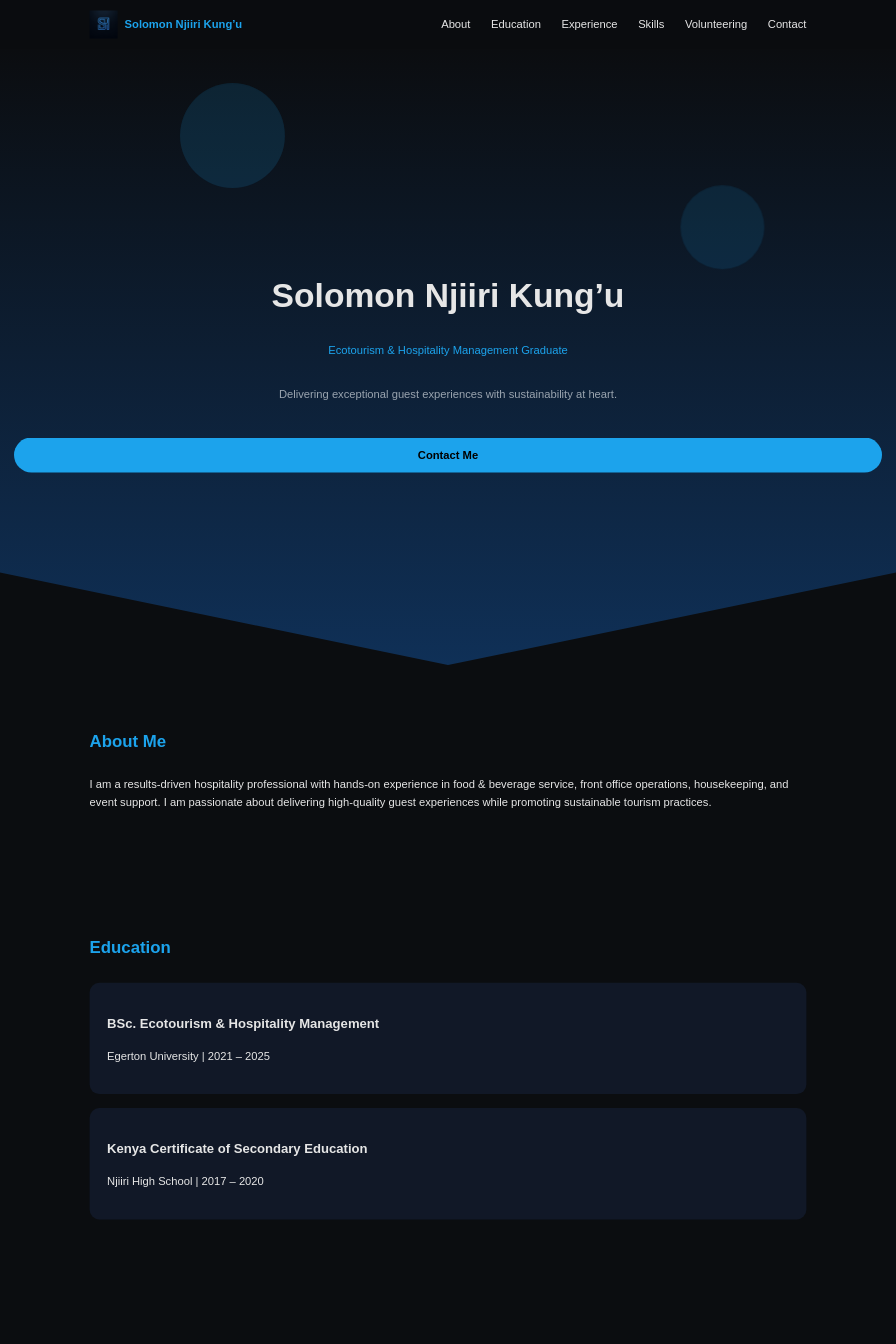
Repository: ladygit-comits/Solomon_Portfolio
Page: index.html
The author's editor kept a copy of each file at every save. The page is drawn from the files as they stood at one save, then again after the next save.
The browser window is 1280 px wide. The pictures show the part of the page from y = 0 to 1920 px (the page is 4438 px tall), at 70% of full size.

Above is the page before, as saved 2025-12-31 13:39:38.

### index.html
<!DOCTYPE html>
<html lang="en">
<head>
  <meta charset="UTF-8">
  <title>Solomon Njiiri Kung’u | Hospitality Management</title>
  <link rel="icon" href="images/solomon-favicon.png" type="image/png">
  <link rel="apple-touch-icon" sizes="180x180" href="images/solomon-favicon.png">
  <link rel="stylesheet" href="style.css">
</head>
<body>
<!-- NAVBAR -->
<header class="navbar">
  <div class="logo">
    <img src="images/solomon-favicon.png" alt="Solomon Logo" class="logo-img">
    Solomon Njiiri Kung’u
  </div>
  <nav>
    <a href="#about">About</a>
    <a href="#education">Education</a>
    <a href="#experience">Experience</a>
    <a href="#skills">Skills</a>
    <a href="#volunteering">Volunteering</a>
    <a href="#contact">Contact</a>
  </nav>
</header>

  <!-- HERO -->
  <section class="hero">
    <h1>Solomon Njiiri Kung’u</h1>
    <p class="subtitle">Ecotourism & Hospitality Management Graduate</p>
    <p class="tagline">
      Delivering exceptional guest experiences with sustainability at heart.
    </p>
    <a href="#contact" class="btn">Contact Me</a>
  </section>

  <!-- ABOUT -->
  <section id="about" class="section">
    <h2>About Me</h2>
    <p>
      I am a results-driven hospitality professional with hands-on experience in
      food & beverage service, front office operations, housekeeping, and event support.
      I am passionate about delivering high-quality guest experiences while promoting
      sustainable tourism practices.
    </p>
  </section>

  <!-- EDUCATION -->
  <section id="education" class="section">
    <h2>Education</h2>
    <div class="card">
      <h3>BSc. Ecotourism & Hospitality Management</h3>
      <p>Egerton University | 2021 – 2025</p>
    </div>
    <div class="card">
      <h3>Kenya Certificate of Secondary Education</h3>
      <p>Njiiri High School | 2017 – 2020</p>
    </div>
  </section>

  <!-- EXPERIENCE -->
  <section id="experience" class="section">
    <h2>Work Experience</h2>

    <div class="card highlight">
      <h3>Waiter – Radisson Blu Hotel</h3>
      <p>August 2025</p>
      <ul>
        <li>Delivered high-quality customer service in a fast-paced luxury hotel.</li>
        <li>Supported international events hosted by the World Bank, IMF, and University of Antwerp.</li>
        <li>Provided professional service to international delegates.</li>
      </ul>
    </div>

    <div class="card">
      <h3>Waiter – Shuhan Hotel, Thika</h3>
      <p>February 2025</p>
      <ul>
        <li>Provided excellent customer service.</li>
        <li>Assisted in housekeeping and hygiene maintenance.</li>
      </ul>
    </div>

    <div class="card">
      <h3>Intern – Hotel Operations</h3>
      <p>May 2024 – August 2024</p>
      <ul>
        <li>Housekeeping & guestroom standards.</li>
        <li>Front office check-ins and reservations.</li>
        <li>Kitchen stewarding and hygiene.</li>
        <li>Food & beverage service.</li>
      </ul>
    </div>
  </section>

  <!-- SKILLS -->
 <section id="skills" class="section">
  <h2>Key Skills</h2>
  <div class="skills">
    <div class="skill">
      <span>Customer Service</span>
      <div class="skill-bar"><div class="skill-fill" style="width: 90%;"></div></div>
    </div>
    <div class="skill">
      <span>Food & Beverage Service</span>
      <div class="skill-bar"><div class="skill-fill" style="width: 85%;"></div></div>
    </div>
    <div class="skill">
      <span>Front Office Operations</span>
      <div class="skill-bar"><div class="skill-fill" style="width: 80%;"></div></div>
    </div>
    <div class="skill">
      <span>Housekeeping Standards</span>
      <div class="skill-bar"><div class="skill-fill" style="width: 85%;"></div></div>
    </div>
    <div class="skill">
      <span>Event Support</span>
      <div class="skill-bar"><div class="skill-fill" style="width: 80%;"></div></div>
    </div>
    <div class="skill">
      <span>Sustainable Tourism</span>
      <div class="skill-bar"><div class="skill-fill" style="width: 75%;"></div></div>
    </div>
  </div>
</section>


  <!-- VOLUNTEERING -->
  <section id="volunteering" class="section">
    <h2>Volunteering</h2>
    <div class="card">
      <h3>Volunteer – KSPCA (Dogtober Festival)</h3>
      <p>October 2024</p>
      <ul>
        <li>Welcomed guests and provided event guidance.</li>
        <li>Assisted with pet handling and guest engagement.</li>
      </ul>
    </div>
  </section>

  <!-- CONTACT -->
  <section class="section contact" id="contact">
    <h2>Contact</h2>
    <p>Email: <a href="mailto:kungunjiiri@gmail.com">kungunjiiri@gmail.com</a></p>
    <p>Phone: 0112619291</p>
  </section>
<script src="script.js"></script>
<button id="scrollTopBtn" title="Go to top">
  <svg xmlns="http://www.w3.org/2000/svg" viewBox="0 0 24 24" width="24" height="24" fill="none" stroke="#000" stroke-width="2" stroke-linecap="round" stroke-linejoin="round">
    <line x1="12" y1="19" x2="12" y2="5"/>
    <polyline points="5 12 12 5 19 12"/>
  </svg>
</button>


</body>
</html>

### style.css
:root {
  --black: #0B0D10;
  --dark-blue: #0F3057;
  --accent-blue: #1CA3EC;
  --text-light: #E6E6E6;
  --muted-gray: #9AA4AF;
}

body {
  margin: 0;
  font-family: "Poppins", sans-serif;
  background: var(--black);
  color: var(--text-light);
  line-height: 1.6;
}

.hero {
  min-height: 100vh;
  padding: 80px 20px;
  text-align: center;
  background: linear-gradient(180deg, #0B0D10, #0F3057);
  position: relative;
  color: var(--text-light);
  display: flex;
  flex-direction: column;
  justify-content: center;
  clip-path: polygon(0 0, 100% 0, 100% 85%, 50% 100%, 0 85%);
}


.hero h1 {
  font-size: 3rem;
  margin-bottom: 10px;
}

.subtitle {
  color: var(--accent-blue);
  font-weight: 500;
}

.tagline {
  max-width: 600px;
  margin: 20px auto;
  color: var(--muted-gray);
}

.btn {
  display: inline-block;
  margin-top: 30px;
  padding: 12px 28px;
  background: var(--accent-blue);
  color: #000;
  text-decoration: none;
  border-radius: 30px;
  font-weight: 600;
}

.section {
  padding: 70px 10%;
}

.section h2 {
  color: var(--accent-blue);
  margin-bottom: 30px;
}

.card {
  background: #111827;
  padding: 25px;
  border-radius: 14px;
  margin-bottom: 20px;
  transition: transform 0.3s ease, box-shadow 0.3s ease;
}

.card.highlight {
  border: 1px solid var(--accent-blue);
}

.skills span {
  display: inline-block;
  background: #1f2933;
  padding: 10px 16px;
  margin: 8px;
  border-radius: 20px;
  font-size: 0.9rem;
}

.contact a {
  color: var(--accent-blue);
  text-decoration: none;
}

.hero h1, .subtitle, .tagline, .btn {
  transform: translateY(20px);
  opacity: 0;
}

.btn:hover {
  box-shadow: 0 0 20px var(--accent-blue), 0 0 40px var(--accent-blue);
  transform: translateY(-3px);
}

.navbar {
  position: sticky;
  top: 0;
  display: flex;
  justify-content: space-between;
  align-items: center;
  padding: 15px 10%;
  background: rgba(11,13,16,0.95);
  z-index: 1000;
}

.navbar .logo {
  font-weight: 700;
  color: var(--accent-blue);
}

.navbar nav a {
  color: var(--text-light);
  margin-left: 25px;
  text-decoration: none;
  font-weight: 500;
  transition: color 0.3s;
}

.navbar nav a:hover {
  color: var(--accent-blue);
}
#scrollTopBtn {
  position: fixed;
  bottom: 30px;
  right: 30px;
  width: 50px;
  height: 50px;
  border: none;
  border-radius: 50%;
  background-color: var(--accent-blue);
  cursor: pointer;
  display: none;
  align-items: center;
  justify-content: center;
  z-index: 1000;
  box-shadow: 0 4px 12px rgba(28,163,236,0.4);
  transition: transform 0.3s, opacity 0.3s;
  padding: 0;
}

#scrollTopBtn svg {
  width: 24px;
  height: 24px;
  stroke: #000;
}

#scrollTopBtn:hover {
  transform: translateY(-3px);
  opacity: 0.8;
}

.typewriter {
  overflow: hidden;
  border-right: 2px solid var(--accent-blue);
  white-space: nowrap;
  margin: 0 auto;
  letter-spacing: 2px;
  animation: typing 4s steps(60, end), blink 0.7s infinite;
}

@keyframes typing {
  from { width: 0; }
  to { width: 100%; }
}

@keyframes blink {
  50% { border-color: transparent; }
}

.hero::before {
  content: '';
  position: absolute;
  width: 150px;
  height: 150px;
  background: var(--accent-blue);
  border-radius: 50%;
  top: 50px;
  left: 20%;
  opacity: 0.15;
  animation: float 6s ease-in-out infinite alternate;
}

.hero::after {
  content: '';
  position: absolute;
  width: 120px;
  height: 120px;
  background: var(--accent-blue);
  border-radius: 50%;
  top: 200px;
  right: 15%;
  opacity: 0.12;
  animation: float 8s ease-in-out infinite alternate-reverse;
}

@keyframes float {
  0% { transform: translateY(0) translateX(0); }
  50% { transform: translateY(-20px) translateX(15px); }
  100% { transform: translateY(0) translateX(0); }
}
.skills .skill {
  margin-bottom: 15px;
}

.skill-bar {
  background: #1f2933;
  border-radius: 20px;
  overflow: hidden;
  height: 12px;
  margin-top: 5px;
}

.skill-fill {
  background: var(--accent-blue);
  height: 100%;
  width: 0;
  border-radius: 20px;
  transition: width 2s ease-in-out;
}

/* shimmer CTA button */
.btn {
  position: relative;
  overflow: hidden;
}

.btn::after {
  content: '';
  position: absolute;
  top: 0;
  left: -75%;
  width: 50%;
  height: 100%;
  background: linear-gradient(120deg, rgba(255,255,255,0.2), rgba(255,255,255,0.5), rgba(255,255,255,0.2));
  transform: skewX(-25deg);
  transition: all 0.7s;
}

.btn:hover::after {
  left: 125%;
}
.navbar .logo {
  display: flex;
  align-items: center;
  font-weight: 700;
  color: var(--accent-blue);
}

.navbar .logo-img {
  width: 40px;
  height: 40px;
  margin-right: 10px;
}

### script.js
document.addEventListener('DOMContentLoaded', function() {
  const heroElements = document.querySelectorAll('.hero h1, .subtitle, .tagline, .btn');
  heroElements.forEach((el, i) => {
    el.style.opacity = 0;
    setTimeout(() => {
      el.style.transition = 'opacity 1s ease-out, transform 1s ease-out';
      el.style.opacity = 1;
      el.style.transform = 'translateY(0)';
    }, i * 300);
  });

  const cards = document.querySelectorAll('.card');
  cards.forEach(card => {
    card.addEventListener('mouseenter', () => {
      card.style.transform = 'translateY(-10px)';
      card.style.boxShadow = '0 15px 30px rgba(28,163,236,0.3)';
    });
    card.addEventListener('mouseleave', () => {
      card.style.transform = 'translateY(0)';
      card.style.boxShadow = 'none';
    });
  });

  const links = document.querySelectorAll('a[href^="#"]');
  links.forEach(link => {
    link.addEventListener('click', function(e) {
      e.preventDefault();
      document.querySelector(this.getAttribute('href')).scrollIntoView({behavior: 'smooth'});
    });
  });

  const scrollBtn = document.getElementById('scrollTopBtn');
  window.onscroll = function() {
    if (document.body.scrollTop > 300 || document.documentElement.scrollTop > 300) {
      scrollBtn.style.display = "block";
    } else {
      scrollBtn.style.display = "none";
    }
  };
  scrollBtn.addEventListener('click', function() {
    window.scrollTo({top: 0, behavior: 'smooth'});
  });

  const tagline = document.querySelector('.tagline');
  const text = tagline.textContent;
  tagline.textContent = '';
  let i = 0;
  function typeWriter() {
    if (i < text.length) {
      tagline.textContent += text.charAt(i);
      i++;
      setTimeout(typeWriter, 50);
    }
  }
  typeWriter();
});
const skillFills = document.querySelectorAll('.skill-fill');

function animateSkills() {
  const triggerBottom = window.innerHeight - 100;
  skillFills.forEach(skill => {
    const skillTop = skill.getBoundingClientRect().top;
    if(skillTop < triggerBottom) {
      skill.style.width = skill.getAttribute('style').replace('width: ', '');
    }
  });
}

window.addEventListener('scroll', animateSkills);
window.addEventListener('load', animateSkills);

After the next save:
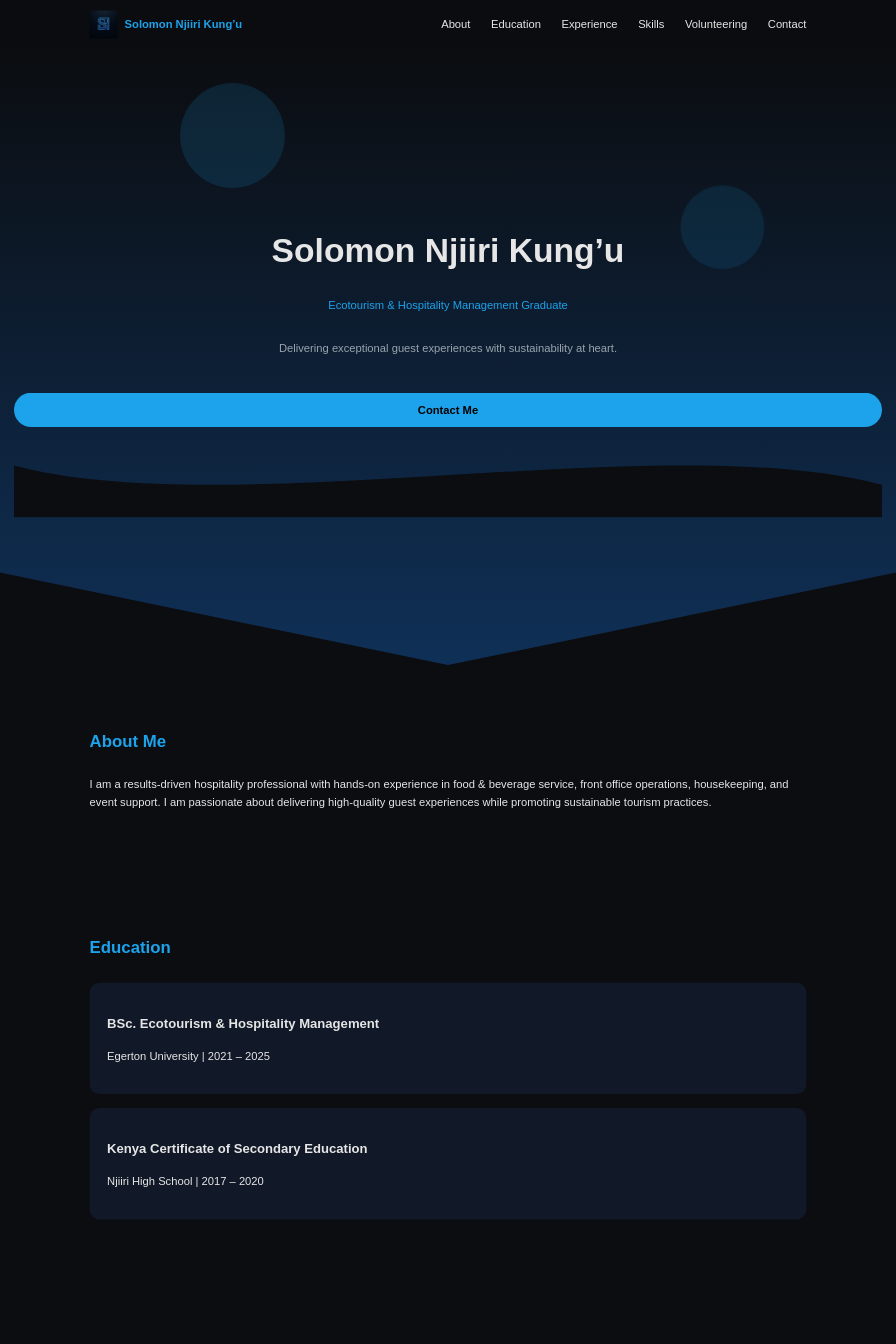
Saved 2 min 36 s later.
--- a/index.html
+++ b/index.html
@@ -24,15 +24,20 @@
   </nav>
 </header>
 
-  <!-- HERO -->
-  <section class="hero">
-    <h1>Solomon Njiiri Kung’u</h1>
-    <p class="subtitle">Ecotourism & Hospitality Management Graduate</p>
-    <p class="tagline">
-      Delivering exceptional guest experiences with sustainability at heart.
-    </p>
-    <a href="#contact" class="btn">Contact Me</a>
-  </section>
+ <section class="hero">
+  <h1>Solomon Njiiri Kung’u</h1>
+  <p class="subtitle">Ecotourism & Hospitality Management Graduate</p>
+  <p class="tagline">
+    Delivering exceptional guest experiences with sustainability at heart.
+  </p>
+  <a href="#contact" class="btn">Contact Me</a>
+
+  <!-- SVG Wave at the bottom -->
+  <svg class="hero-wave" viewBox="0 0 1440 150" xmlns="http://www.w3.org/2000/svg">
+    <path fill="#0B0D10" d="M0,64 C360,160 1080,0 1440,96 L1440,150 L0,150 Z"></path>
+  </svg>
+</section>
+
 
   <!-- ABOUT -->
   <section id="about" class="section">
